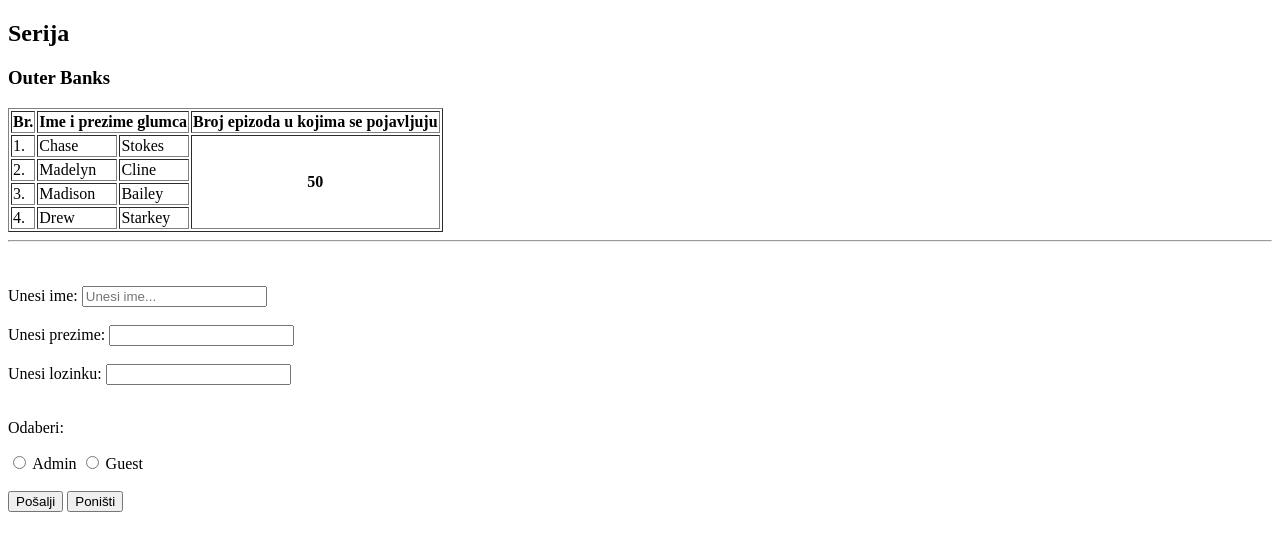
Repository: larabiondic/wp_biondic_lara
Page: Domace zadace/Zadaća.2.html
An editor plug-in stored every save of this project. The page is shown before and after the next save, followed by the edit.
The browser window is 1280 px wide. The pictures show the whole page.

Above is the page before, as saved 2025-11-03 20:44:29.

### Domace zadace/Zadaća.2.html
<!DOCTYPE html>
<html lang="en">
<head>
    <meta name="viewport" content="width=device-width, initial-scale=1.0">
    <meta name="description" content="Zadaća 2.">
    <meta name="keywords" content="HTML, CSS, JavaScript">
    <meta name="author" content="Lara Biondić">
    <title>Zadaća 2.</title>
</head>
<body>
    <h2>Serija</h2>
    <h3>Outer Banks</h3>
    <table border="1">
        <tr>
            <th>Br.</th>
            <th colspan="2">Ime i prezime glumca</th>
            <th>Broj epizoda u kojima se pojavljuju</th>
        </tr>
        <tr>
            <td>1.</td>
            <td>Chase</td>
            <td>Stokes</td>
            <th rowspan="4">50</th>
        </tr>
        <tr>
            <td>2.</td>
            <td>Madelyn</td>
            <td>Cline</td>

        </tr>
        <tr>
            <td>3.</td>
            <td>Madison</td>
            <td>Bailey</td>

        </tr>
        <tr>
            <td>4.</td>
            <td>Drew</td>
            <td>Starkey</td>

        </tr>

    </table>
    <hr>
    <br><br>
    <form action="#" method="get">
        <label for="ime">Unesi ime:</label>
        <input type="text" id="Ime" placeholder="Unesi ime...">
        <br>
        <br>
        <label for="prezime">Unesi prezime:</label>
        <input type="text" id="prezime">
        <br>
        <br>
        <label for="pass">Unesi lozinku:</label>
        <input type="password" name="pass" id="pass" required>
        <br>
        <br>
        <p>Odaberi:</p>
        <input type="radio" name="admin" id="admin">
        <label for="admin">Admin</label>
        <input type="radio" name="guest" id="guest">
        <label for="guest">Guest</label>
        <br>
        <br>
        <input type="submit" value="Pošalji">
        <input type="reset" value="Poništi">



    </form>
</body>
</html>

After the next save:
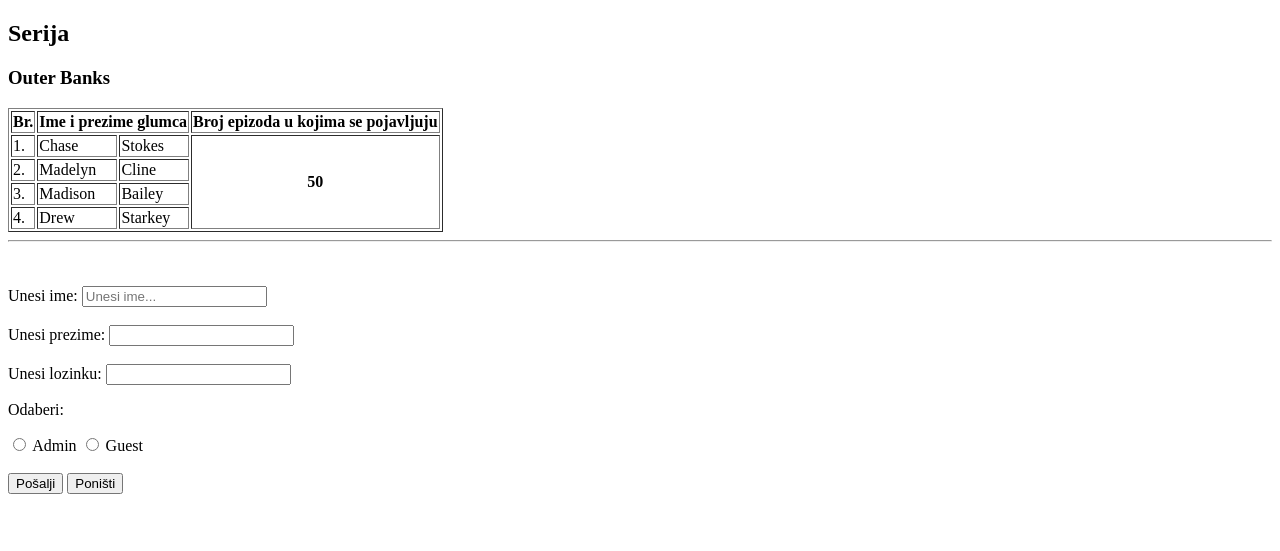
Saved 33 s later.
--- a/Domace zadace/Zadaća.2.html
+++ b/Domace zadace/Zadaća.2.html
@@ -3,7 +3,7 @@
 <head>
     <meta name="viewport" content="width=device-width, initial-scale=1.0">
     <meta name="description" content="Zadaća 2.">
-    <meta name="keywords" content="HTML, CSS, JavaScript">
+    <meta name="keywords" content="HTML">
     <meta name="author" content="Lara Biondić">
     <title>Zadaća 2.</title>
 </head>
@@ -56,7 +56,6 @@
         <label for="pass">Unesi lozinku:</label>
         <input type="password" name="pass" id="pass" required>
         <br>
-        <br>
         <p>Odaberi:</p>
         <input type="radio" name="admin" id="admin">
         <label for="admin">Admin</label>
